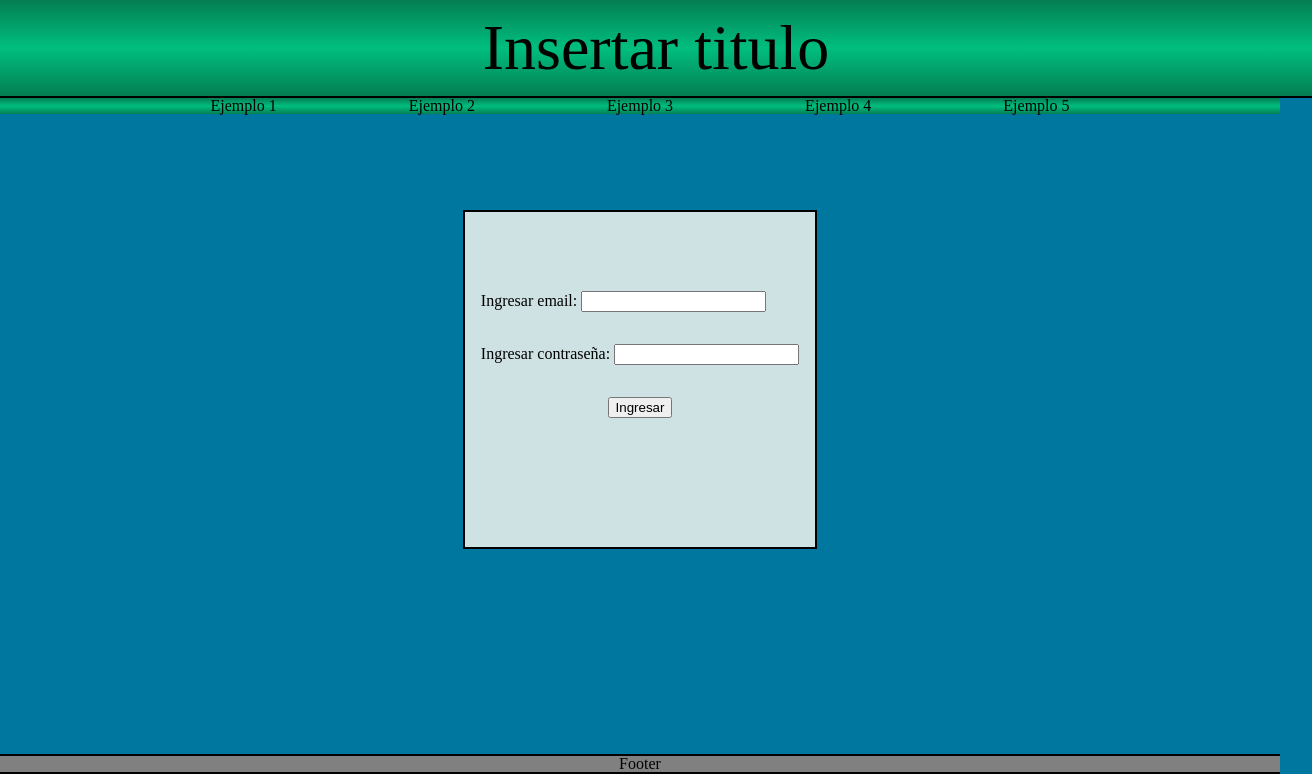
Repository: FacundoKinderknecht/Parcial-2-LPPA
Page: login/login.html
These files come from the project's save history. The page is drawn as it stood at one moment and after the next save; the edit follows.
The browser window is 1280 px wide. The page is 1312 px wide, so the pictures cover 1312 px, including what lies to the right of the window. The pictures show the whole page.

Above is the page before, as saved 2022-07-06 10:40:32.

### login/login.html
<!DOCTYPE html>
<html lang="en">
<head>
    <meta charset="UTF-8">
    <meta http-equiv="X-UA-Compatible" content="IE=edge">
    <meta name="viewport" content="width=device-width, initial-scale=1.0">
    <title>Document</title>
    <link rel="stylesheet" href="/reset.css">
    <link rel="stylesheet" href="/login/login.css">
    <script src="/login/login.js"></script>
</head>
<body>
    <header>
        <h1>Insertar titulo</h1>
    </header>
    <nav>
        <li>
            <a href="#">Ejemplo 1</a>
            <a href="#">Ejemplo 2</a>
            <a href="#">Ejemplo 3</a>
            <a href="#">Ejemplo 4</a>
            <a href="#">Ejemplo 5</a>
        </li>
    </nav>
    <main>
        <form>
            <div class="email">
                <label for="email">Ingresar email:</label>
                <input type="text" name="email" id="email">
            </div>
            <div class="contraseña">
                <label for="contraseña">Ingresar contraseña:</label>
                <input type="password" name="contraseña" id="contraseña">
            </div>
            <div class="boton">
                <input type="submit" value="Ingresar">
            </div>
        </form>
    </main>
    <footer>
        <p>Footer</p>
    </footer>
</body>
</html>

### login/login.css
header{
    width: 100%;
    border-bottom: black 2px solid;
    padding: 1rem;
    font-size: 400%;
    background: linear-gradient(to top, rgb(4, 126, 83), rgb(0, 190, 126), rgb(4, 126, 83));
}
nav{
    display: inline;
    border-bottom: black 2px solid;
    text-decoration: none;
}
li{
    background: linear-gradient(to top, rgb(4, 126, 83), rgb(0, 190, 126), rgb(4, 126, 83));
    text-decoration: none;
    list-style: none;
    color: black;
}
a{
    text-decoration: none;
    color: black;
    padding: 0% 5%;
}
body{
    background-color: rgb(0, 119, 159);
    height: 100%;
    align-items: center;
    text-align: center;
    margin: 0;
}
main{
    display: inline-block;
    width: 70%;
    padding-top: 6rem;
    height: 34rem;
}
form{
    display: inline-block;
    background-color: rgb(207, 226, 227);  border: black solid 2px;
    padding-top: 7%;
    height: 50%;
    align-items: center;
    text-align: center;
}
div{
    text-align: left;
    align-items:left;
    padding: 1rem;
}
.boton{
    text-align: center;
}
footer{
    border-top: 2px solid black;
    border-bottom: 2px solid black;
    background-color: grey;
    bottom: 0;
    width: 100%;
}

Loaded but not shown: reset.css (common file); login/login.js (no stored copy; drawn as an empty file)

After the next save:
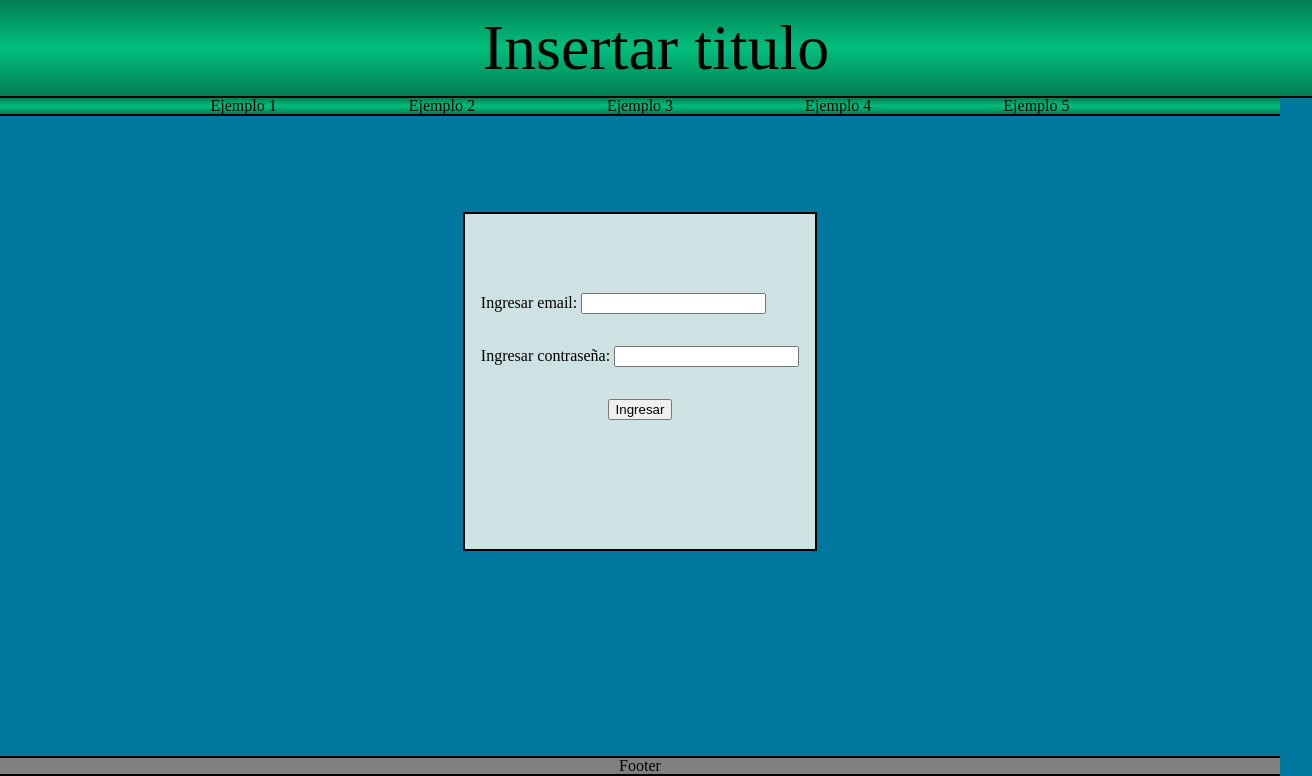
Saved 16 s later.
--- a/login/login.css
+++ b/login/login.css
@@ -7,7 +7,6 @@ header{
 }
 nav{
     display: inline;
-    border-bottom: black 2px solid;
     text-decoration: none;
 }
 li{
@@ -15,6 +14,7 @@ li{
     text-decoration: none;
     list-style: none;
     color: black;
+    border-bottom: black 2px solid;
 }
 a{
     text-decoration: none;
